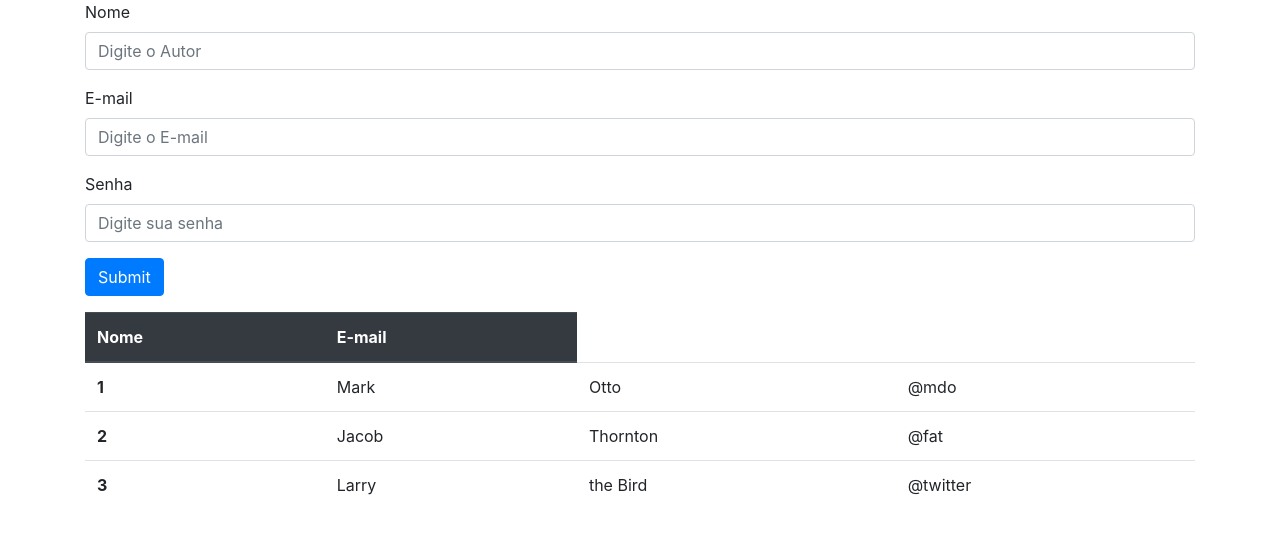
Repository: wellersonfc/simple-crud-react
Page: /
An editor plug-in stored every save of this project. The page is shown before and after the next save, followed by the edit.
The browser window is 1280 px wide. The pictures show the whole page.
The project was rebuilt for these pictures with package versions that can differ from the ones it lists, and the page was loaded fresh each time.

Above is the page before, as saved 2019-09-22 15:32:21.

After the next save:
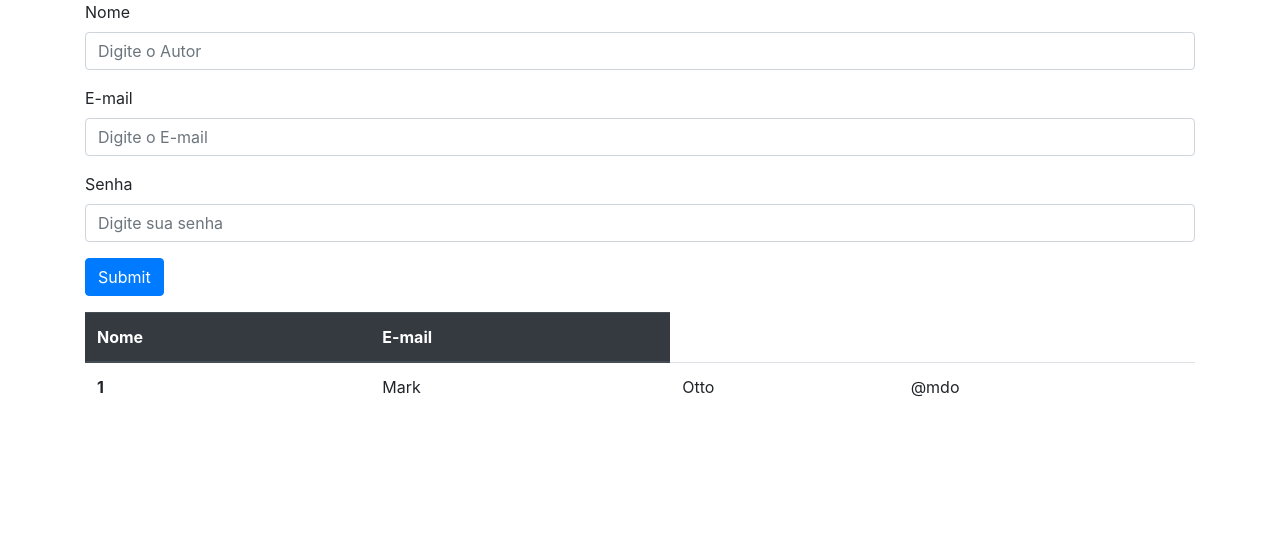
Saved 23 s later.
--- a/src/App.js
+++ b/src/App.js
@@ -38,18 +38,6 @@ function App() {
                 <td>Otto</td>
                 <td>@mdo</td>
               </tr>
-              <tr>
-                <th scope="row">2</th>
-                <td>Jacob</td>
-                <td>Thornton</td>
-                <td>@fat</td>
-              </tr>
-              <tr>
-                <th scope="row">3</th>
-                <td>Larry</td>
-                <td>the Bird</td>
-                <td>@twitter</td>
-              </tr>
             </tbody>
           </table>
         </div>
